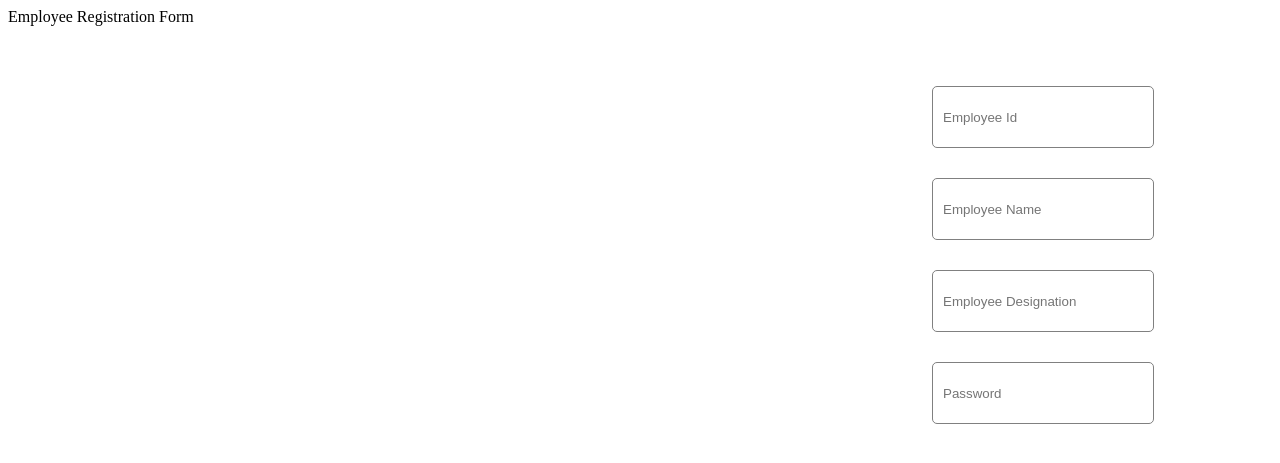
Repository: robin9533/Basic-Programs-App.
Page: GW-Genial Work Proj/GT_GenialToil/WebContent/EmployeeSignup.html
An editor plug-in stored every save of this project. The page is shown before and after the next save, followed by the edit.
The browser window is 1280 px wide. The pictures show the whole page.

Above is the page before, as saved 2019-05-10 06:58:04.

### GW-Genial Work Proj/GT_GenialToil/WebContent/EmployeeSignup.html
<!DOCTYPE html>
<html>
<head>Employee Registration Form
<meta charset="ISO-8859-1">
<title>Employee Registration Form </title>
<link rel="Stylesheet" type="text/css" href="EmployeeSignup.css">
</head>
<body>
<br>

<div class ="registrationblock">

<Form>

<input type = "text" name="empId" placeholder="Employee Id"><br>
<input type ="text" name="empName" placeholder="Employee Name"><br>
<input type ="text" name = "empDes" placeholder="Employee Designation"><br>
<input type = "password" name = "empPass" placeholder="Password">

</Form>
</div>

</body>
</html>

### GW-Genial Work Proj/GT_GenialToil/WebContent/EmployeeSignup.css
@charset "ISO-8859-1";

.body{
	background-color: blue;
}
.registrationblock {
	height:250px;
	width: 250px;
	float:right;
	border:0px solid black;
	margin-top: 30px;
	margin-right: 100px
}
.registrationblock input{
	width: 200px;
	height:40px;
	margin-top: 30px;
	margin-left:10px;
	border: none;
	border:1px solid gray;
	border-radius: 5px;
	padding:10px
}
.h1{
	center
	}

After the next save:
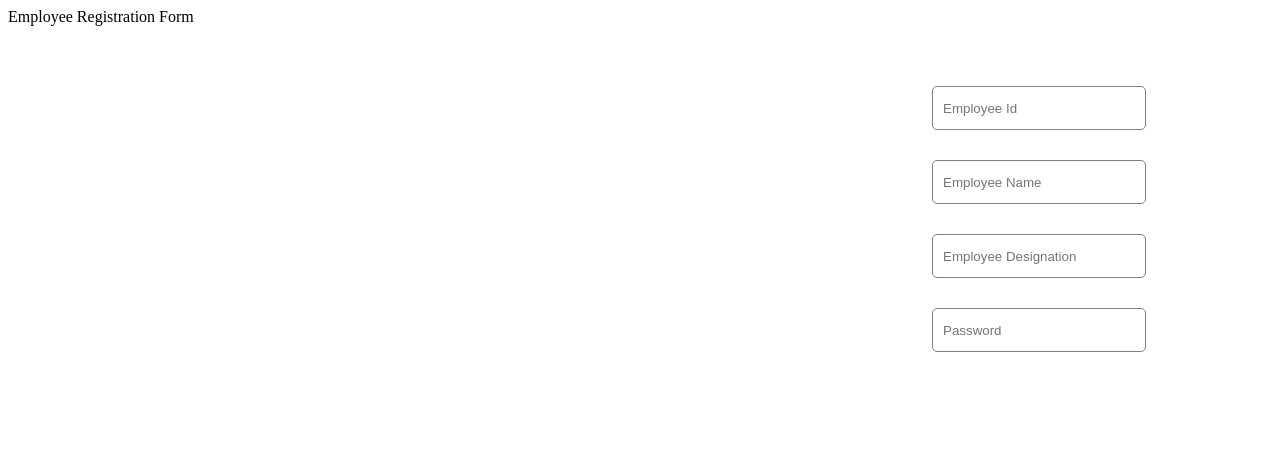
Saved 11 s later.
--- a/GW-Genial Work Proj/GT_GenialToil/WebContent/EmployeeSignup.css
+++ b/GW-Genial Work Proj/GT_GenialToil/WebContent/EmployeeSignup.css
@@ -19,7 +19,7 @@
 	border: none;
 	border:1px solid gray;
 	border-radius: 5px;
-	padding:10px
+	padding-left: 10px;
 }
 .h1{
 	center
